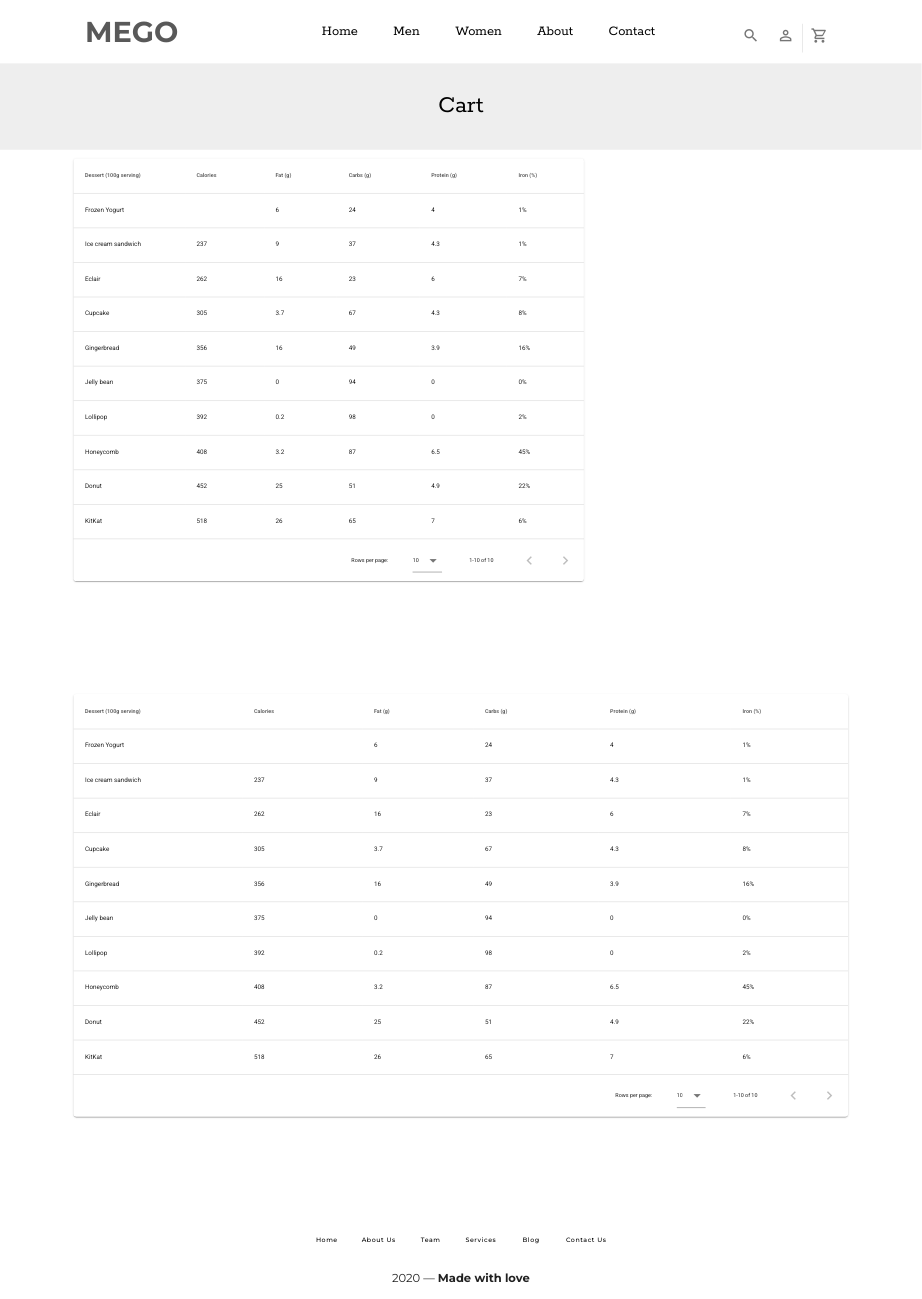
Repository: nguyenphuong152/mego-frontend
Page: /cart (app in frontend/)
An editor plug-in stored every save of this project. The page is shown before and after the next save, followed by the edit.
The browser window is 1280 px wide. The pictures show the whole page, at 72% of full size.
Pictures or frames that could not be fetched are drawn as grey boxes. The project was rebuilt for these pictures with package versions that can differ from the ones it lists, and the page was loaded fresh each time. Also part of the build but not shown: frontend/vue.config.js, frontend/src/components/Customer/Collection.vue, frontend/src/components/Customer/Banner.vue, frontend/src/components/Customer/BestSeller.vue, frontend/src/components/Customer/Partner.vue, frontend/src/views/Customer/Home.vue, frontend/src/components/Customer/ProductCategory.vue, frontend/src/components/Customer/ProductView.vue and 10 more. Imported but missing from the stored project, and not drawn on this page: frontend/src/views/Admin/Category.vue, frontend/src/views/Admin/ManageProduct.vue, frontend/src/views/Admin/ManageUser.vue, frontend/src/views/Admin/OrderList.vue.

Above is the page before, as saved 2020-11-26 17:13:57.

After the next save:
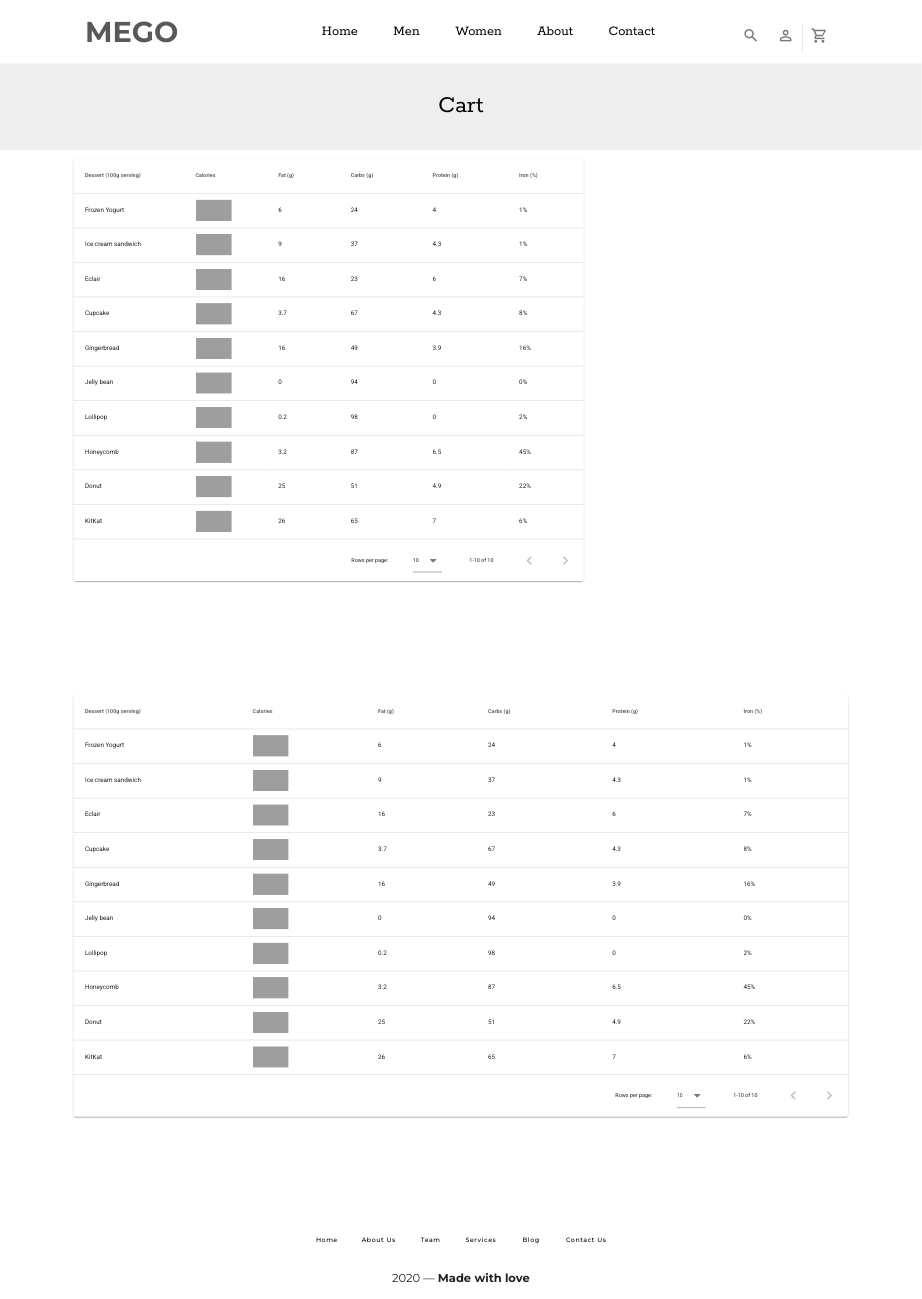
Saved 4 min 30 s later.
--- a/frontend/src/components/Customer/Tets.vue
+++ b/frontend/src/components/Customer/Tets.vue
@@ -2,7 +2,8 @@
   <div id="app">
     <v-app id="inspire">
       <v-data-table :headers="headers" :items="desserts" class="elevation-1">
-        <template valid-v-slot:item.calories="{ item }">
+        <template v-slot:[`item.calories`]="{ item }">
+        <!-- <template v-slot:item.calories="{ item }"> -->
           <v-img
             lazy-src="https://picsum.photos/id/11/10/6"
             max-height="50"

After the 2 saves that followed:
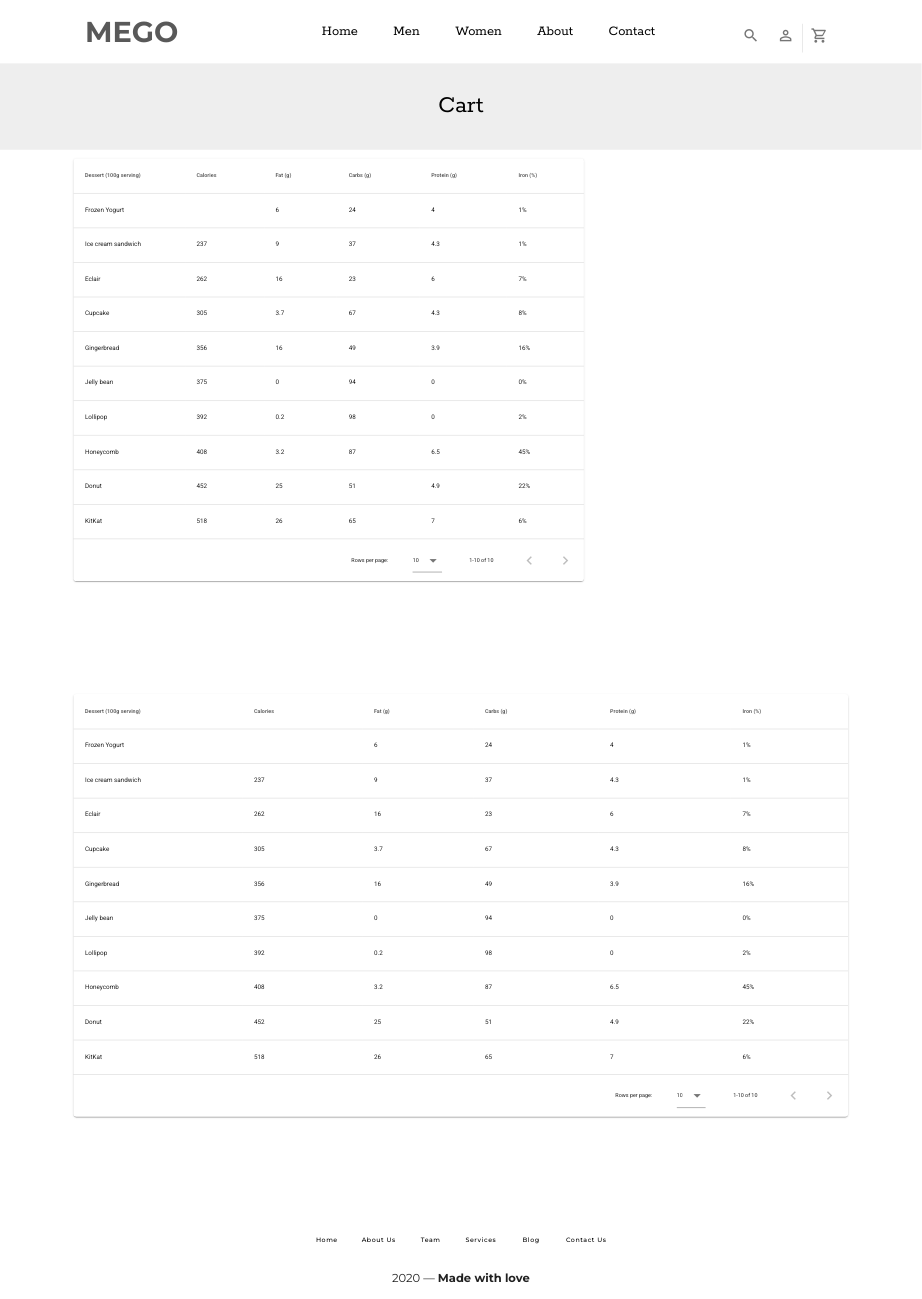
The 2 saves are shown as one change because 1 left the picture as it was.
The last was saved 74 s later.
--- a/frontend/src/components/Customer/Tets.vue
+++ b/frontend/src/components/Customer/Tets.vue
@@ -2,8 +2,7 @@
   <div id="app">
     <v-app id="inspire">
       <v-data-table :headers="headers" :items="desserts" class="elevation-1">
-        <template v-slot:[`item.calories`]="{ item }">
-        <!-- <template v-slot:item.calories="{ item }"> -->
+        <template slot:item.calories="{ item }">
           <v-img
             lazy-src="https://picsum.photos/id/11/10/6"
             max-height="50"
